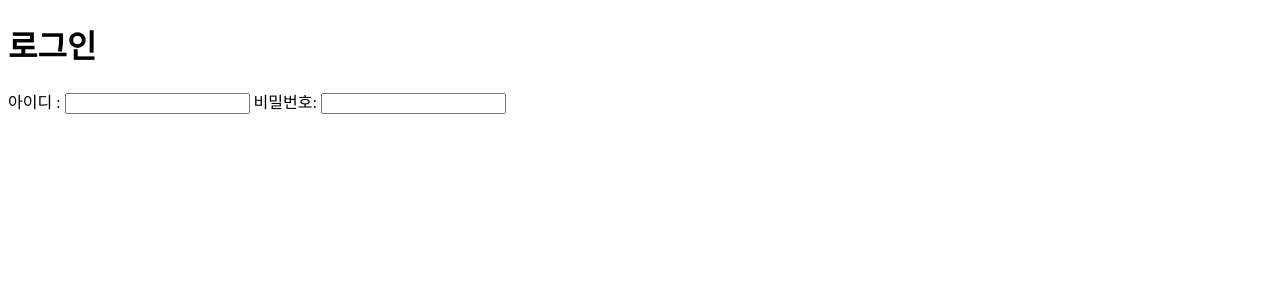
Repository: ReadStar/Jsp_MVC
Page: http://localhost/Test2/loginGet.jsp
An editor plug-in stored every save of this project. The page is shown before and after the next save, followed by the edit.
The browser window is 1280 px wide. The pictures show the whole page.
The page is served by Tomcat 9.

Above is the page before, as saved 2020-11-03 00:19:14.

### Test2/WebContent/loginGet.jsp
<%@ page language="java" contentType="text/html; charset=UTF-8"
    pageEncoding="UTF-8"%>
<!DOCTYPE html>
<html>
<head>
<meta charset="UTF-8">
<title>Insert title here</title>
</head>
<body>
<h1>로그인</h1>
<form action="" method="get">
	아이디 : <input type="text" id="id">
	비밀번호: <input type="password" id="pass">

</form>
</body>
</html>

After the next save:
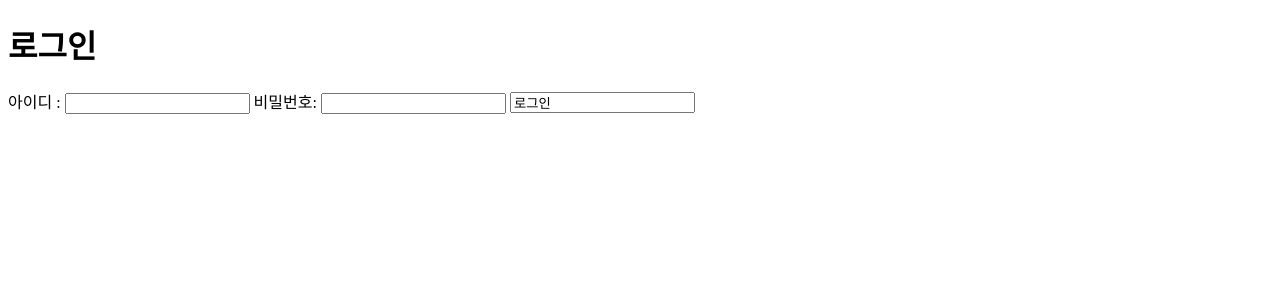
Saved 33 s later.
--- a/Test2/WebContent/loginGet.jsp
+++ b/Test2/WebContent/loginGet.jsp
@@ -11,7 +11,7 @@
 <form action="" method="get">
 	아이디 : <input type="text" id="id">
 	비밀번호: <input type="password" id="pass">
-
+	<input type="subimit" value="로그인">
 </form>
 </body>
 </html>
